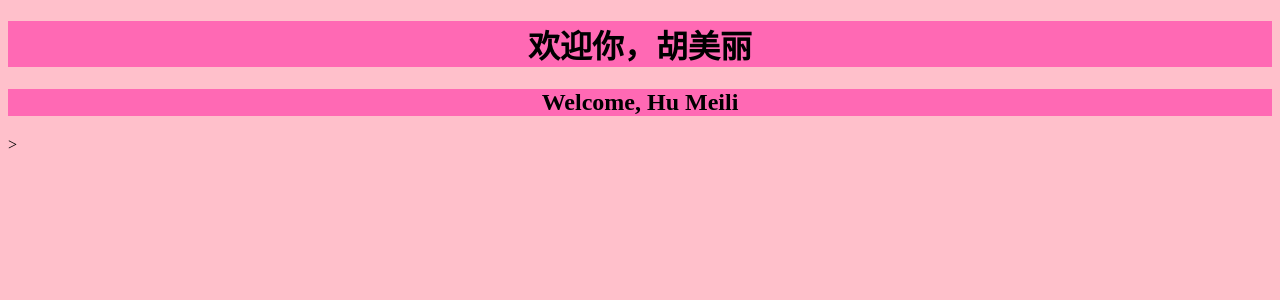
Repository: NanmeiYC/NanmeiYC.github.io
Page: zhuye.html
These files come from the project's save history. The page is drawn as it stood at one moment and after the next save; the edit follows.
The browser window is 1280 px wide. The pictures show the whole page.

Above is the page before, as saved 2021-05-28 23:37:12.

After the next save:
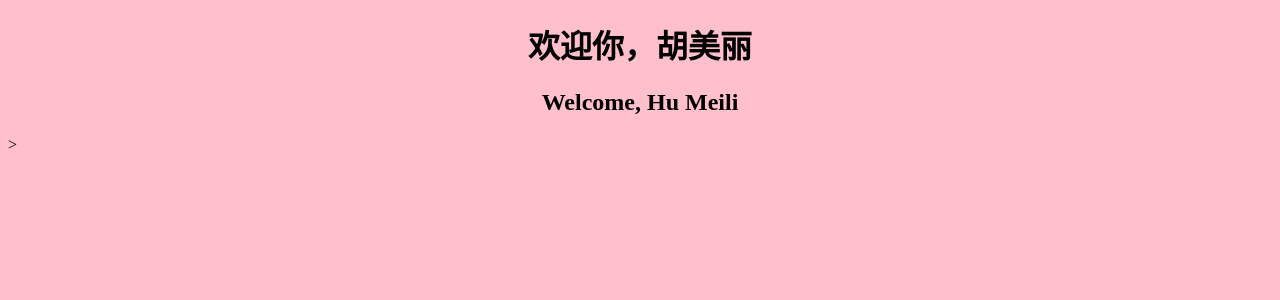
Saved 37 s later.
--- a/zhuye.html
+++ b/zhuye.html
@@ -4,11 +4,6 @@
         <meta charset=UTF-8>
         <title>欢迎我们美丽大方温柔善良的胡美丽</title>
     </head>
-    <style>
-        h1,h2{
-            background-color:hotpink;
-        }
-    </style>
     <body bgcolor="pink">
         <body>
             <div align="center" style="background-color: pink;" >
